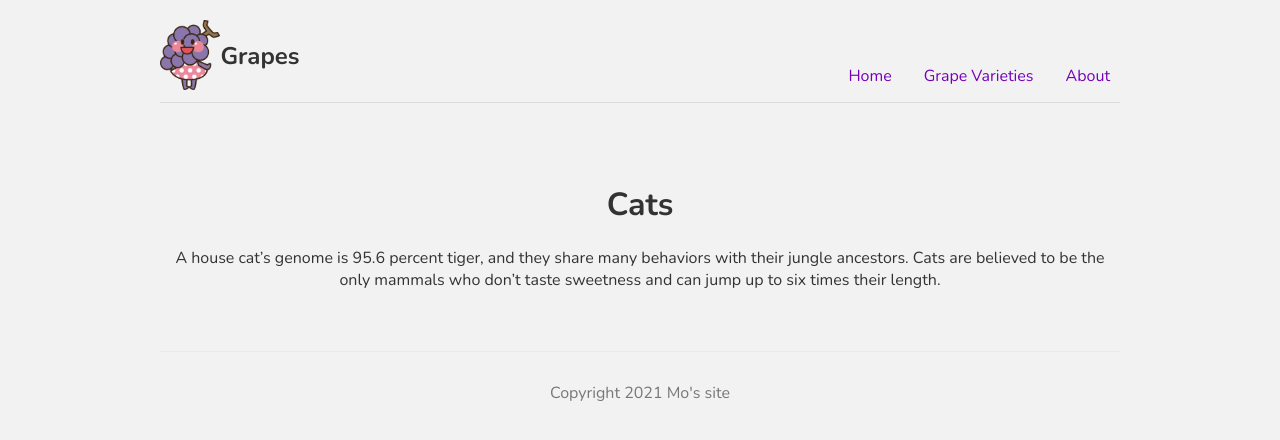
Repository: technogize/next-test-site
Page: /grapes/moon-drops
These files come from the project's save history. The page is drawn as it stood at one moment and after the next save; the edit follows.
The browser window is 1280 px wide. The pictures show the whole page.
The project was rebuilt for these pictures with package versions that can differ from the ones it lists, and the page was loaded fresh each time. The framework's server and built-in components were replaced by stand-ins that run in the browser.

Above is the page before, as saved 2021-10-02 21:26:33.

### pages/grapes/moon-drops.js
import React from 'react'

const Cats = () => {
    return (
        <div>
            <h1>Cats</h1>
            <p>A house cat’s genome is 95.6 percent tiger, and they share many behaviors with their jungle ancestors. Cats are believed to be the only mammals who don’t taste sweetness and can jump up to six times their length.</p>
        </div>
    )
}

export default Cats

### styles/globals.css
@import url('https://fonts.googleapis.com/css2?family=Nunito:wght@300;400;600;700&display=swap');

body {
  background: #f2f2f2;
  color: #333;
  font-family: "Nunito";
}
a {
  color: rgb(117, 0, 185);
  text-decoration: none;
}
.content {
  max-width: 960px;
  margin: 0 auto;
}
.pageContent {
  text-align: center;
}
nav {
  margin: 10px auto 80px;
  padding: 10px 0;
  display: flex;
  justify-content: flex-end;
  align-items: flex-end;
  border-bottom: 1px solid #ddd;
}
nav a {
  margin-left: 12px;
  padding: 5px 10px;
}
nav a:hover {
  background-color: #ddd;
}
nav .logo {
  margin-right: auto;
  cursor: pointer;
  display: flex;
}
nav .logo img {
  height: 70px;
}
footer {
  display: block;
  text-align: center;
  padding: 30px 0;
  margin-top: 60px;
  color: #777;
  border-top: 1px solid #eaeaea;
}

### components/Layout.js
import React from 'react'
import Navbar from '../components/Navbar'
import Footer from '../components/Footer'

const Layout = props => {
    const { children } = props

    return (
        <div className='content'>
            <Navbar />
            <div className='pageContent'>
                {children}
            </div>
            <Footer />
        </div>
    )
}

export default Layout

### components/Navbar.js
import React from 'react'
import Link from 'next/link'

const Navbar = () => {
    return (
        <nav>
            <Link href="/">
                <div className='logo'>
                    <img src='/img/grape-logo.png' />
                    <h1>Grapes</h1>
                </div>
            </Link>
            <Link href="/">Home</Link>
            <Link href="/animals">Grape Varieties</Link>
            <Link href="/about">About</Link>
        </nav>
    )
}

export default Navbar

### components/Footer.js
import React from 'react'

const Footer = () => {
    return (
        <footer className='Footer'>
            Copyright 2021 Mo's site
        </footer>
    )
}

export default Footer

Loaded but not shown: pages/_app.js (common file)

After the next save:
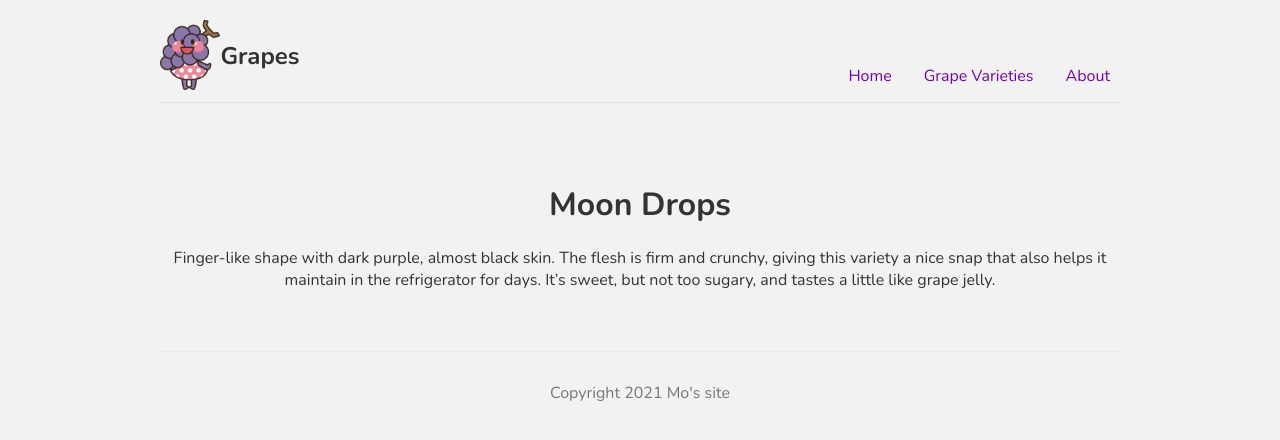
Saved 15 s later.
--- a/pages/grapes/moon-drops.js
+++ b/pages/grapes/moon-drops.js
@@ -3,8 +3,8 @@ import React from 'react'
 const Cats = () => {
     return (
         <div>
-            <h1>Cats</h1>
-            <p>A house cat’s genome is 95.6 percent tiger, and they share many behaviors with their jungle ancestors. Cats are believed to be the only mammals who don’t taste sweetness and can jump up to six times their length.</p>
+            <h1>Moon Drops</h1>
+            <p>Finger-like shape with dark purple, almost black skin. The flesh is firm and crunchy, giving this variety a nice snap that also helps it maintain in the refrigerator for days. It’s sweet, but not too sugary, and tastes a little like grape jelly.</p>
         </div>
     )
 }
